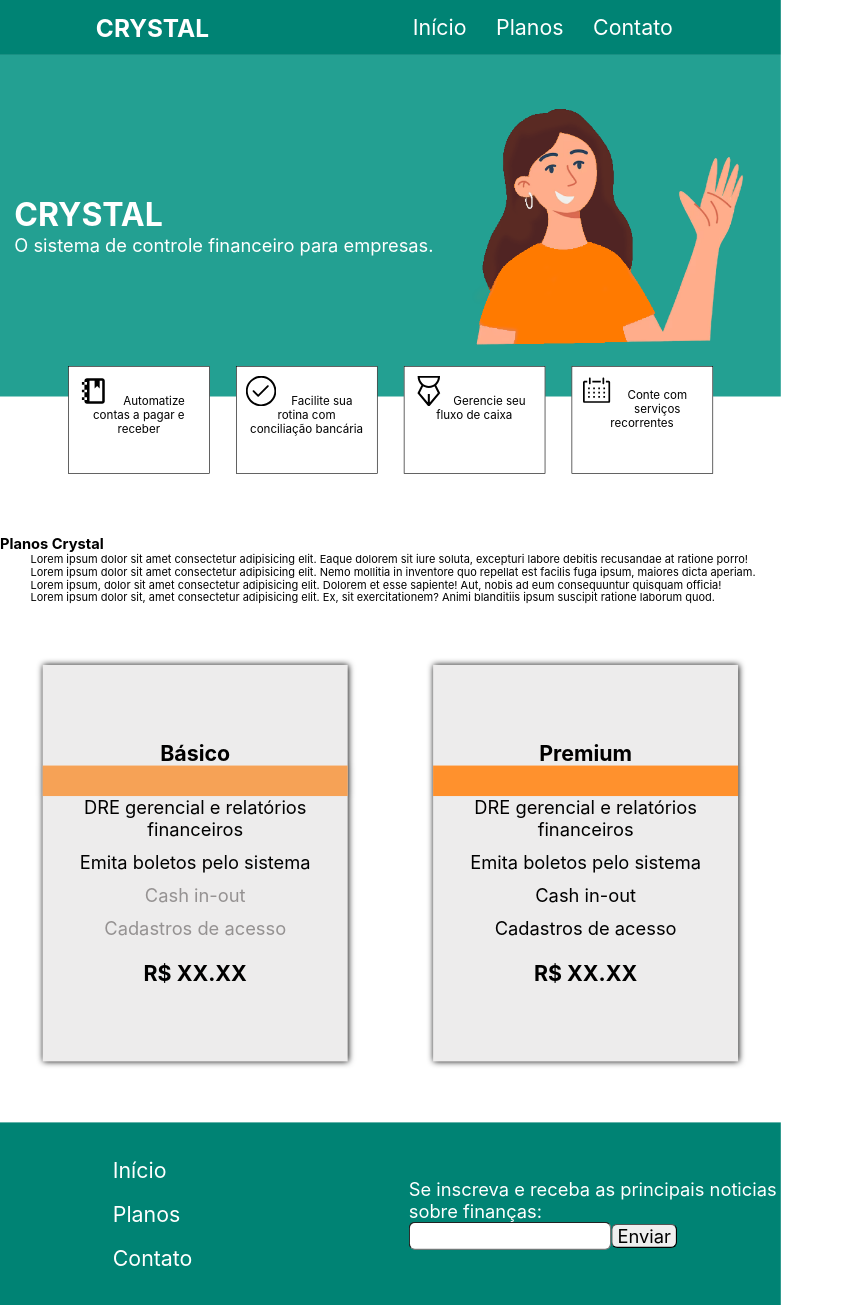
Repository: Matheus904-12/Crystallize
Page: index.html
An editor plug-in stored every save of this project. The page is shown before and after the next save, followed by the edit.
The browser window is 1280 px wide. The page is 1380 px wide, so the pictures cover 1380 px, including what lies to the right of the window. The pictures show the whole page, at 61% of full size.
Some web fonts or font styles are not loaded; a fallback is used.

Above is the page before, as saved 2023-07-24 20:17:13.

After the next save:
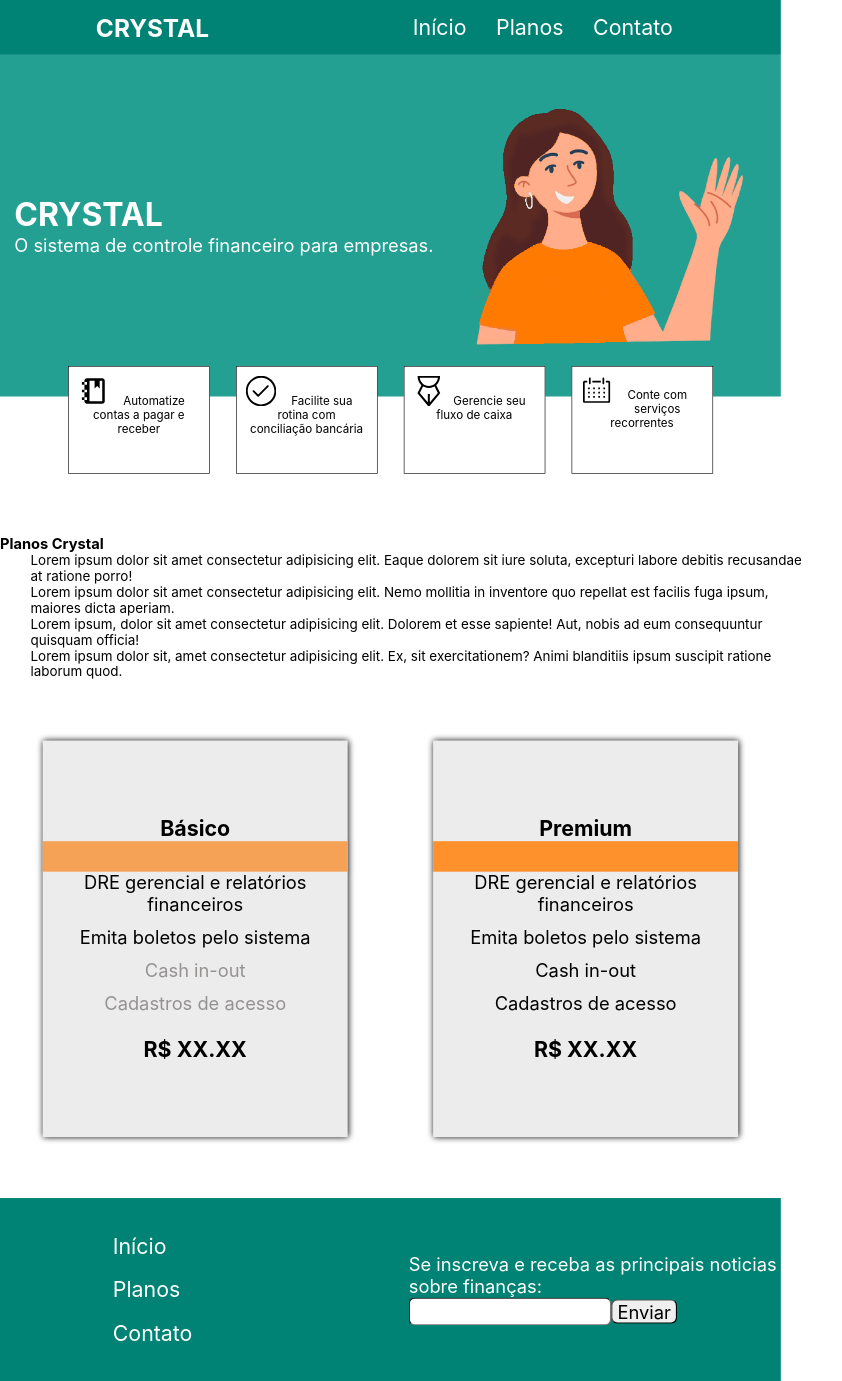
Saved 24 s later.
--- a/style.css
+++ b/style.css
@@ -113,7 +113,7 @@ html {
 
   .planoTexto {
     padding: 0px 50px 0px 50px;
-    font-size: 18px;
+    font-size: 22px;
     width: 100%;
     text-align: left;
     word-wrap: wrap;
